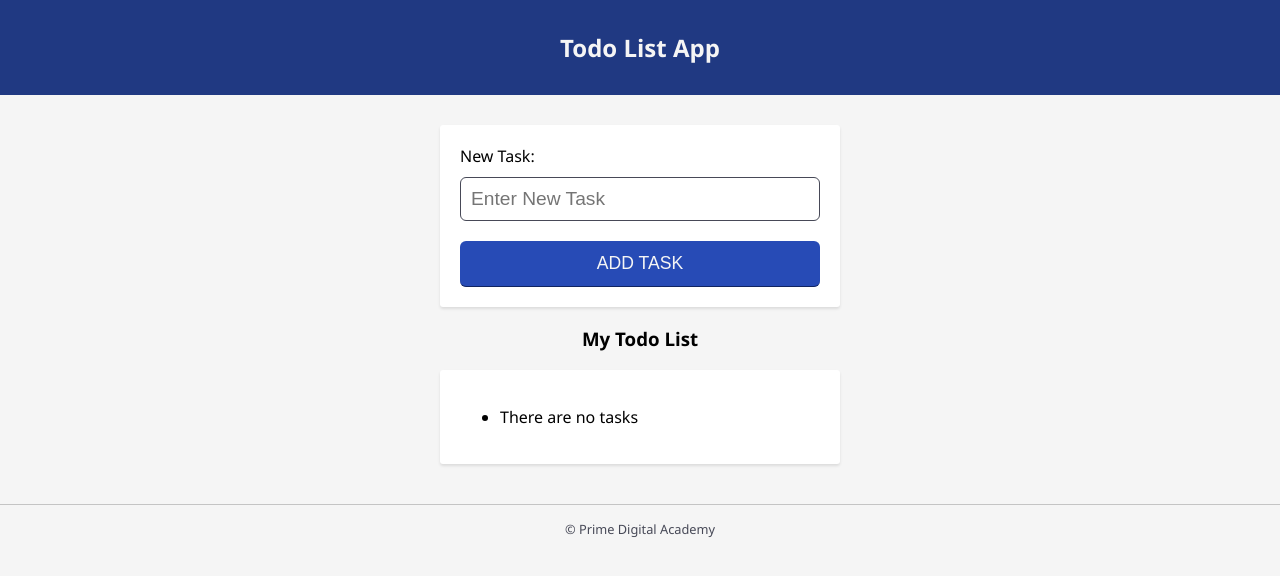
Repository: ryanmgregory/ursus-todo-list
Page: index.html
These files come from the project's save history. The page is drawn as it stood at one moment and after the next save; the edit follows.
The browser window is 1280 px wide. The pictures show the whole page.

Above is the page before, as saved 2020-03-20 08:21:50.

### index.html
<!DOCTYPE html>
<html lang="en">
  <head>
    <meta charset="UTF-8" />
    <meta name="viewport" content="width=device-width, initial-scale=1.0" />
    <link rel="stylesheet" href="style.css" />
    <script src="jquery-3.4.1.min.js" type="text/javascript"></script>
    <script src="javascript.js" type="text/javascript"></script>

    <title>Todo List</title>
  </head>
  <body>
    <header class="appBar">
      <h1 class="appBar-title">Todo List App</h1>
    </header>
    <!-- ASSIGNMENT CONTENT GOES BELOW HERE -->

    <!--Input field with "New Task" label.  "Add Task" BTN.  -->
    <div class="panel">
      <form class="js-form-add">
        <label class="fieldLabel">New Task:</label>
        <input
          class="js-input-task inputField"
          type="text"
          placeholder="Enter New Task"
        />
        <button class="btn btn_fullWidth" type="submit">ADD TASK</button>
      </form>
    </div>

    <!-- h3 "My To Do List"  -->
    <h3>My Todo List</h3>
    <!-- <UL> <OL single item: "There are no tasks in it"/>  -->
    <div class="panel stackedLIst">
      <ul class="js-unordered-list">
        <li class="js-single-item-list">
          There are no tasks
        </li>
      </ul>
    </div>
    <footer class="footer">
      &copy; Prime Digital Academy
    </footer>
  </body>
</html>

### style.css
/* ----------------------------------------
** Element Resets
** ---------------------------------------- */

h3 {
  text-align: center;
}

html,
body {
  margin: 0;
  height: 100%;
  background-color: #f5f5f5;
  font-family: "Segoe UI", Tahoma, Geneva, Verdana, sans-serif;
}

/* ----------------------------------------
** Footer
** ---------------------------------------- */

.footer {
  margin: 40px 0 0;
  padding: 15px 20px;
  border-top: 1px solid rgb(0, 0, 0, 0.2);
  color: #474957;
  text-align: center;
  font-size: 0.8rem;
}

/* ----------------------------------------
** App Bar
** ---------------------------------------- */

.appBar {
  margin: 0 0 30px;
  padding: 15px 20px;
  background-color: #203982;
  color: #f5f5f5;
  text-align: center;
}

.appBar-title {
  font-size: 1.5rem;
}

/* ----------------------------------------
** Panel
** - wrapping element meant to give the look
**   of a raised box
** ---------------------------------------- */

.panel {
  margin: 0 auto;
  padding: 20px;
  max-width: 90%;
  width: 400px;
  box-sizing: border-box;
  background-color: #ffffff;
  border-radius: 3px;
  box-shadow: 0 2px 3px rgb(0, 0, 0, 0.1);
}

.panel + .panel {
  margin-top: 20px;
}

/* ----------------------------------------
** Button
** - interactive element for clickable buttons
** ---------------------------------------- */

.btn {
  padding: 12px 18px;
  box-sizing: border-box;
  border-radius: 6px;
  background: #274bb6;
  border-width: 0;
  border-bottom: 1px solid #102461;
  color: #f5f5f5;
  text-align: center;
  font-size: 1.1rem;
  text-transform: uppercase;
  cursor: pointer;
}

.btn:hover {
  background-color: #102461;
}

.btn:disabled {
  border-width: 0;
  background-color: #b2b6d3;
  cursor: not-allowed;
}

.btn_fullWidth {
  width: 100%;
}

/* ----------------------------------------
** Form Fields
** - styling for both standard input and label
** ---------------------------------------- */

.fieldLabel {
  display: block;
  margin: 0 0 10px;
}

.inputField {
  margin: 0 0 20px;
  padding: 10px;
  width: 100%;
  box-sizing: border-box;
  border-radius: 6px;
  border: 1px solid #474957;
  font-size: 1.2rem;
}

/* ----------------------------------------
** Stacked List
** - meant for the element wrapping a list
**   of items
** ---------------------------------------- */

.stackedList {
  margin: 0;
  padding: 0;
  list-style: none;
}

.stackedList > * {
  display: flex;
  justify-content: space-between;
  align-items: center;
  padding: 10px;
  width: 100%;
  box-sizing: border-box;
}

.stackedList > * + * {
  border-top: 1px solid #75788d;
}

/* ----------------------------------------
** Actions and State
** - utility classes to alter a visual
** ---------------------------------------- */

.isComplete {
  background-color: #a8f0d4;
}

### javascript.js
$(document).ready(init);
// create addTask ready on page load
const todoArray = [];

function init() {
  $(".js-form-add").on("click", ".btn", addTask);
  // $(".js-unordered-list").on("click", ".js-btn-complete", toggleBtn);
}

const taskObject = {
  taskName: $(".js-input-task").val(),
  complete: false
};
// addTask function to receive task (as object) into array
// create object with name (string) & complete (boolean)
// added prevent default event to stop the page from reloading

function addTask(event) {
  event.preventDefault();
  console.log("in addTask");

  const taskObject = {
    taskName: $(".js-input-task").val(),
    complete: false
  };
  todoArray.push(taskObject);
  console.log("to do array:", todoArray);
  emptyField();
  render();
}

// empty input field after addTask
function emptyField() {
  $(".js-input-task").val("");
}

// Display object from array on <ul> on DOM
// empty array before each push
function render() {
  $(".js-unordered-list").empty();
  for (let i = 0; i < todoArray.length; i++) {
    const individualTask = todoArray[i];
    $(".js-unordered-list").append(`
        <div>
        <li>${individualTask.taskName}<button class="btn js-btn-complete">COMPLETE</button>  </li>
        <div>
        `);
  }
}

// btn click event to change value of object to true

// function toggleBtn() {
//   $(this.value === false);
// }

//   console.log("in ToGgLe!!!");
//   if (($(this.parent()) = false)) {
//     console.log("its false");
//   }
//   if (($(this.parent()) = true)) {
//     console.log("its true");
//   }
// }

//   for (let i = 0; i < todoArray.length; i++) {
//     const individualTask = todoArray[i];
//     $(this).toggle($({.complete} = true));
//   }

// // console.log("todoArray:", todoArray);

// function toggleBtn() {
//   console.log("in ToGgLe!!!");
//   console.log("todoArray:", todoArray);
//   for (let i = 0; i < todoArray.length; i++) {
//     const individualTask = todoArray[i];
//     $(".js-unordered-list").append(`
//   <div>
//   <button class="js-btn-complete"${(individualTask.complete = true)}>COMPLETE</button>  </li>
//   <div>
//   `);
//   }
// }

Loaded but not shown: jquery-3.4.1.min.js (library)

After the next save:
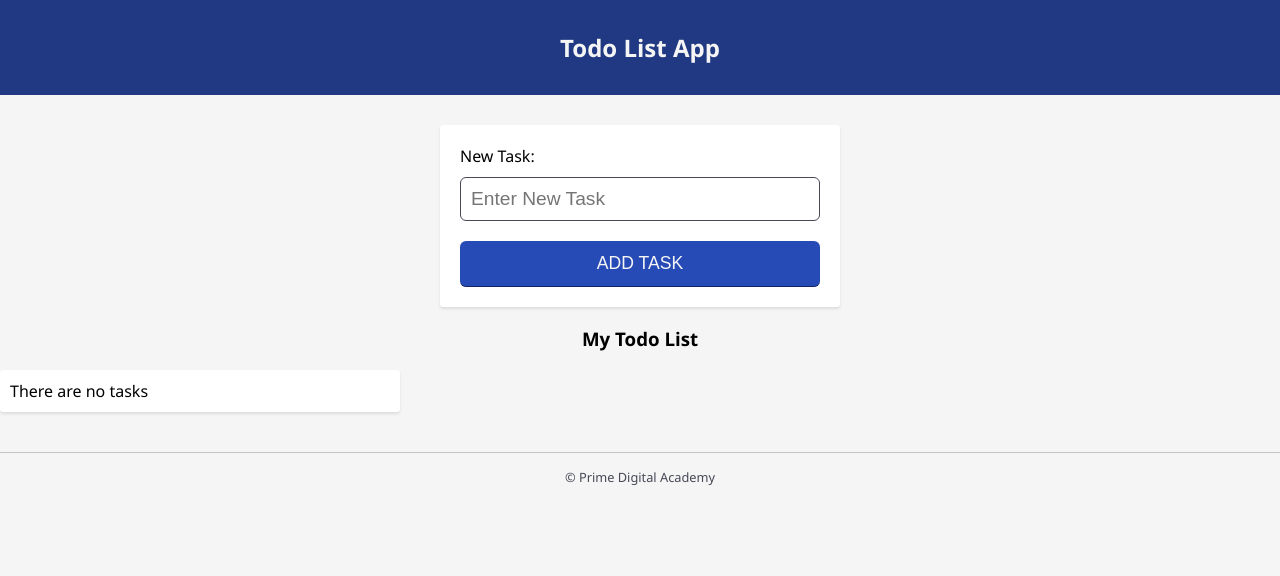
Saved 8 s later.
--- a/index.html
+++ b/index.html
@@ -31,7 +31,7 @@
     <!-- h3 "My To Do List"  -->
     <h3>My Todo List</h3>
     <!-- <UL> <OL single item: "There are no tasks in it"/>  -->
-    <div class="panel stackedLIst">
+    <div class="panel stackedList">
       <ul class="js-unordered-list">
         <li class="js-single-item-list">
           There are no tasks

After the save that followed:
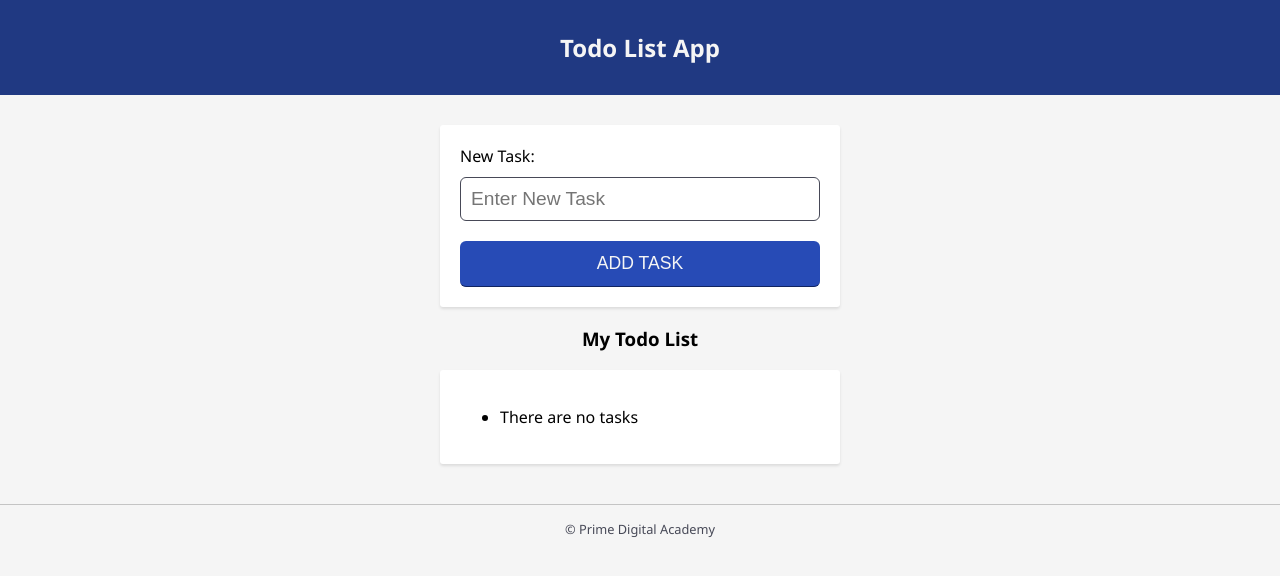
Saved 9 s later.
--- a/index.html
+++ b/index.html
@@ -31,7 +31,7 @@
     <!-- h3 "My To Do List"  -->
     <h3>My Todo List</h3>
     <!-- <UL> <OL single item: "There are no tasks in it"/>  -->
-    <div class="panel stackedList">
+    <div class="panel">
       <ul class="js-unordered-list">
         <li class="js-single-item-list">
           There are no tasks
